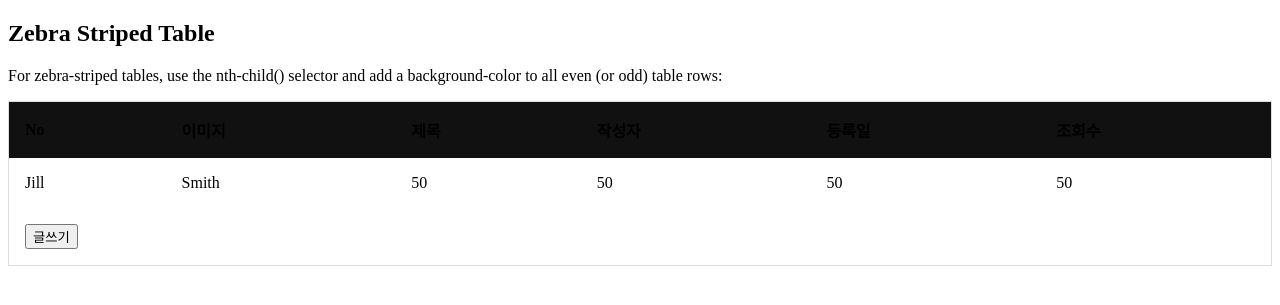
Repository: darae729/Project_shop
Page: http://localhost/SpringApp/WEB-INF/views/gallery/list.jsp
An editor plug-in stored every save of this project. The page is shown before and after the next save, followed by the edit.
The browser window is 1280 px wide. The pictures show the whole page.
The page is served by Tomcat 9. Nobody is signed in. The template is opened directly, without the code that normally fills it, so the values that code supplies are empty.

Above is the page before, as saved 2023-09-06 05:12:03.

After the next save:
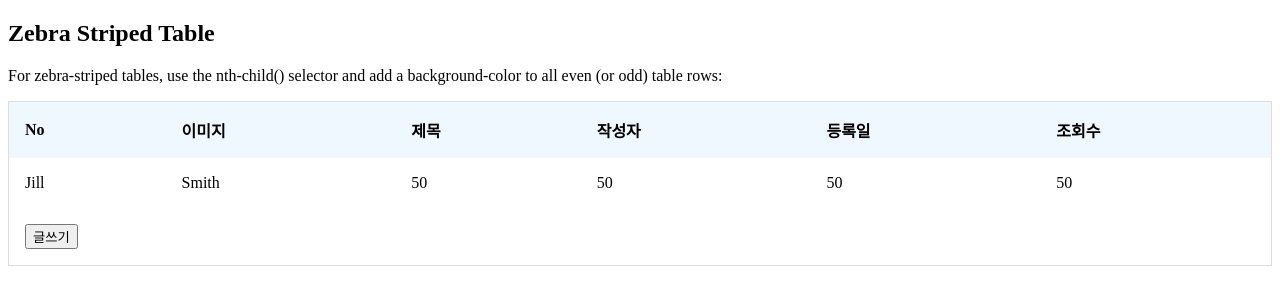
Saved 63 s later.
--- a/SpringApp/src/main/webapp/WEB-INF/views/gallery/list.jsp
+++ b/SpringApp/src/main/webapp/WEB-INF/views/gallery/list.jsp
@@ -21,7 +21,7 @@ tr:nth-child(even) {
 }
 
 tr[id=first]{
-	background-color: #111111;
+	background-color: #f0f8ff;
 }
 
 </style>
